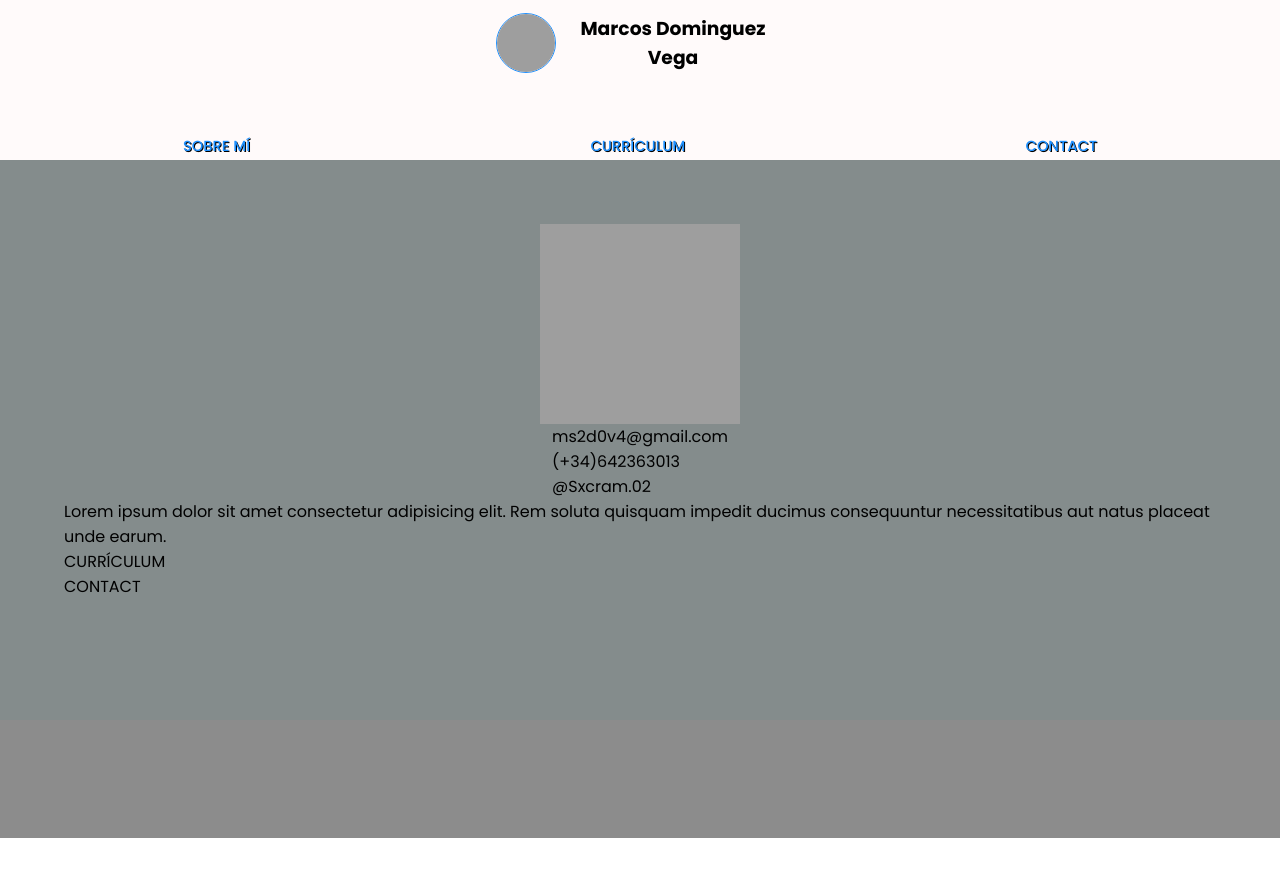
Repository: Sxcram02/Portfoliov.2
Page: index.html
The author's editor kept a copy of each file at every save. The page is drawn from the files as they stood at one save, then again after a run of saves.
The browser window is 1280 px wide. The pictures show the whole page.
Pictures or frames that could not be fetched are drawn as grey boxes.

Above is the page before, as saved 2023-04-11 00:16:09.

After the next 3 saves:
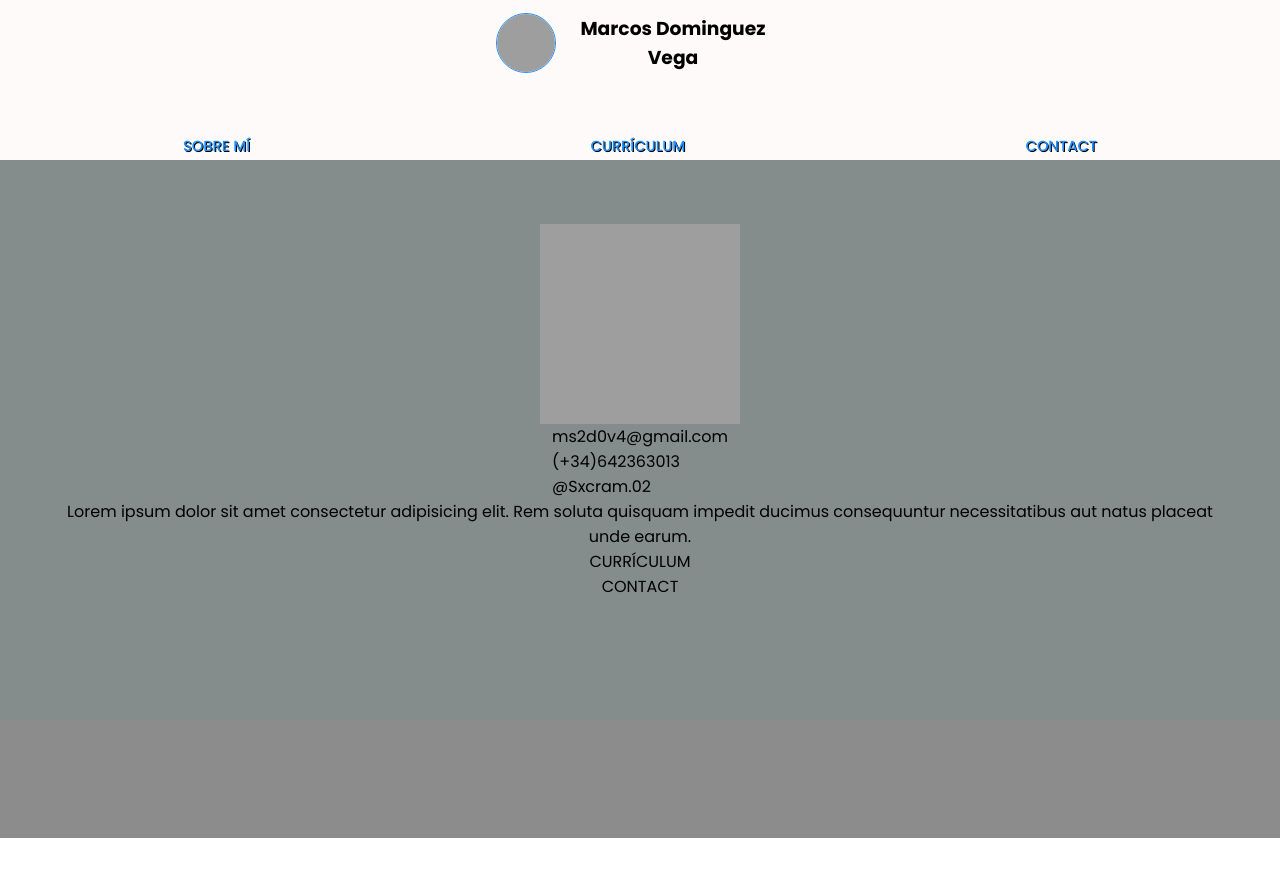
The 3 saves are shown as one change because they came seconds apart.
The last was saved 11 s later.
--- a/css/style.css
+++ b/css/style.css
@@ -93,5 +93,7 @@ main {
 }
 
 .info {
+    grid-column: 1/2;
 
+    text-align: center;
 }
